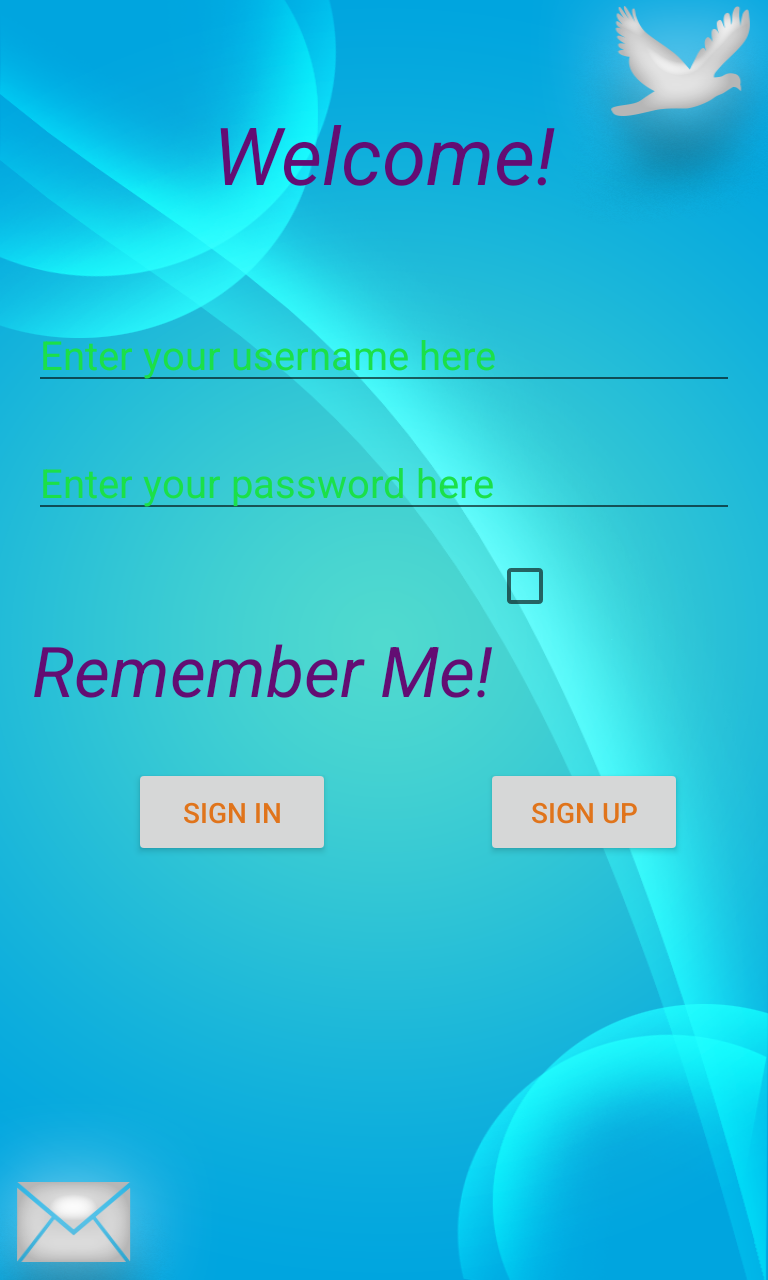
Repository: JodyCoolit/android
Layout: Delivery/res/layout/activity_login.xml
The author's editor kept a copy of each file at every save. The layout is drawn from the files as they stood at one save, then again after the next save.
It is drawn on a 768 x 1280 px phone screen (xhdpi) without system bars, with theme AppTheme; the app's code is not run.

Above is the layout before, as saved 2014-08-25 02:26:35.

### Delivery/res/layout/activity_login.xml
<?xml version="1.0" encoding="utf-8"?>
<LinearLayout xmlns:android="http://schemas.android.com/apk/res/android"
    android:layout_width="match_parent"
    android:layout_height="match_parent"
    android:paddingLeft="16dp"
    android:paddingRight="16dp"
    android:orientation="vertical"
    android:background="@drawable/bg_login"
    >

    <TextView
        android:layout_marginTop="50sp"
        android:layout_width="wrap_content"
        android:layout_height="wrap_content"
        android:text="@string/welcome"
        android:textSize="40sp"
        android:layout_gravity="center"
        android:textStyle="italic"
        android:textColor="#630D73"
         />
	<EditText
	    android:id="@+id/et_login_username"
	    android:singleLine="true"
	    android:textColorHint="#1BE049"
	    android:textColor="#1BE011"
	    android:layout_marginTop="50sp"
	    android:textSize="20sp"
        android:layout_width="match_parent"
        android:layout_height="wrap_content"
        android:hint="@string/hint_username" />
    <EditText
        android:id="@+id/et_login_password"
        android:singleLine="true"
        android:textColor="#1BE011"
        android:textColorHint="#1BE049"
        android:layout_marginTop="20sp"
        android:textSize="20sp"
        android:layout_width="match_parent"
        android:layout_height="wrap_content"
        android:gravity="top"
        android:inputType="textPassword"
        android:hint="@string/hint_password" />

    <LinearLayout
        android:layout_width="match_parent"
    	android:layout_height="wrap_content"
    	android:orientation="horizontal">
    	<TextView
        android:layout_marginTop="50sp"
        android:layout_width="wrap_content"
        android:layout_height="wrap_content"
        android:text="@string/rememberMe"
        android:textSize="35sp"
        android:textStyle="italic"
        android:textColor="#630D73"
         />
    	<CheckBox
        android:id="@+id/cb_rememberMe"
        android:layout_width="wrap_content"
        android:layout_height="wrap_content"
        />
    </LinearLayout>
    <LinearLayout
        android:layout_width="match_parent"
    	android:layout_height="wrap_content">
        <Button
            android:id="@+id/btn_signin"
	        android:textColor="#E0741B"
	        android:layout_marginTop="10sp"
	        android:layout_marginLeft="50sp"
	        android:layout_width="100dp"
	        android:layout_height="wrap_content"
	        android:layout_gravity="center"
	        android:text="@string/btn_signin" />

        <ProgressBar
        android:id="@+id/pb_login"
        style="?android:attr/progressBarStyleLarge"
        android:layout_width="wrap_content"
        android:layout_height="wrap_content" />

     	<Button
         	android:id="@+id/btn_signup"
	        android:textColor="#E0741B"
	        android:layout_marginTop="10sp"
	        android:layout_marginLeft="0sp"
	        android:layout_width="100dp"
	        android:layout_height="wrap_content"
	        android:layout_gravity="center"
	        android:text="@string/btn_signup" />
    </LinearLayout>

</LinearLayout>

### Delivery/res/values/strings.xml
<?xml version="1.0" encoding="utf-8"?>
<resources>
    <string name="app_name">Delivery</string>
    <string name="signup">Sign Up</string>

    <!-- LoginActivity -->
    <string name="welcome">Welcome!</string>
    <string name="rememberMe"> Remember Me!</string>
	<string name="btn_signin">Sign in</string>
	<string name="btn_signup">Sign up</string>
	<string name="hint_username">Enter your username here</string>
	<string name="hint_password">Enter your password here</string>

	<!--  SignupActivity -->
	<string name="tv_signup_username">Username : </string>
	<string name="tv_signup_password">Password : </string>
	<string name="hint_signup_username">E-mail/Username/IC</string>
	<string name="hint_signup_password">Case Sencetive</string>
	<string name="hint_signup_address">Address for delivery</string>
	<string name="tv_signup_phone">Phone : </string>
	<string name="tv_signup_email">E-mail : </string>
	<string name="tv_signup_address">Address : </string>
	<string name="btn_signup_register">Register Now!</string>
</resources>

Loaded but not shown: Delivery/res/values/styles.xml (common file); Delivery/res/values-v11/styles.xml (common file); Delivery/res/values-v14/styles.xml (common file)

After the next save:
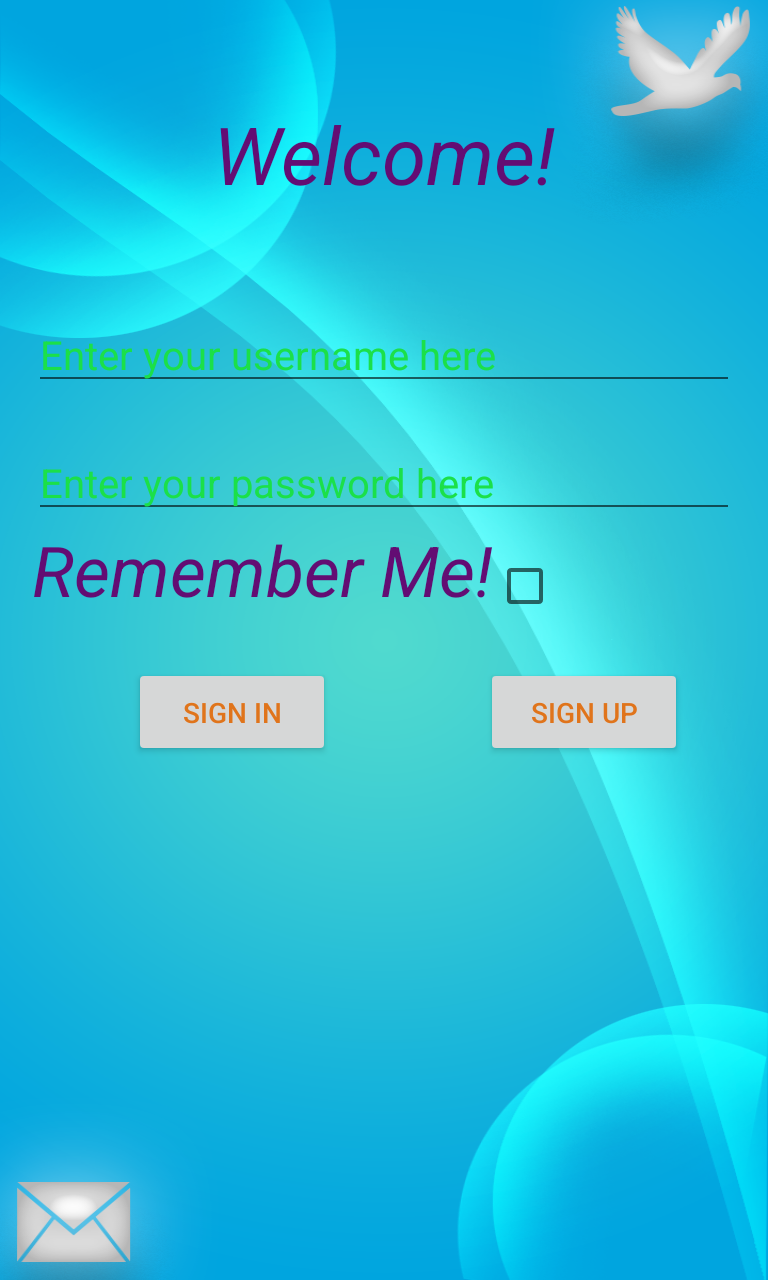
Saved 7 s later.
--- a/Delivery/res/layout/activity_login.xml
+++ b/Delivery/res/layout/activity_login.xml
@@ -46,7 +46,6 @@
     	android:layout_height="wrap_content"
     	android:orientation="horizontal">
     	<TextView
-        android:layout_marginTop="50sp"
         android:layout_width="wrap_content"
         android:layout_height="wrap_content"
         android:text="@string/rememberMe"
